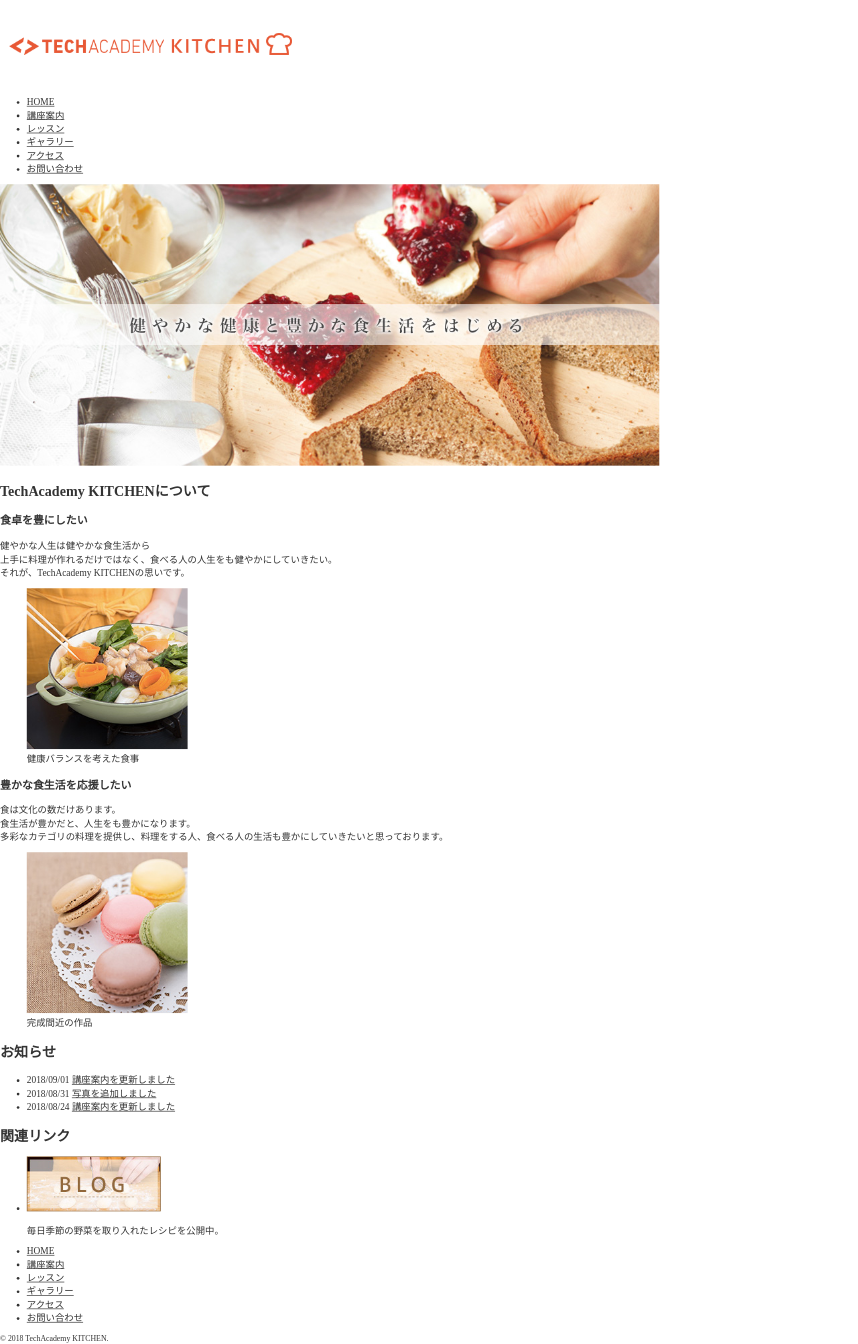
Repository: kazumasatomoto/kadai-tasklist-
Page: kitchen.html
The author's editor kept a record of every edit. The page is drawn from the files as they stood at one moment, then again after the next edit.
The browser window is 1280 px wide. The pictures show the whole page, at 67% of full size.

Above is the page before.

### kitchen.html
<!DOCTYPE html>
<html lang="ja">
    <head>
        <meta charset="UTF-8">
        <title>TechAcademy KITCHEN</title>
        <link rel="stylesheet" href="kitchen.css">
    </head>
    <body>

    <header>
        <h1><a href="kitchen.html"><img src="images_kitchen/logo.png" alt="TechAcademy KITCHEN"></a></h1>
        <nav id="global_navi">
            <ul>
                <li class="current"><a href="kitchen.html">HOME</a></li>
                <li><a href="course.html">講座案内</a></li>
                <li><a href="lesson.html">レッスン</a></li>
                <li><a href="gallery.html">ギャラリー</a></li>
                <li><a href="access.html">アクセス</a></li>
                <li><a href="contact.html">お問い合わせ</a></li>
    </header>

    <div id="main_visual">
        <img src="images_kitchen/main_visual.jpg" alt="健やかな健康と豊かな食生活をはじめる">
    </div>
    <div id="wrapper">
        <div id-"main">
        <section id="point">
            <h2>TechAcademy KITCHENについて</h2>
            <section>
                <h3>食卓を豊にしたい</h3>
                <div class="point">
                    <p>
                        健やかな人生は健やかな食生活から<br>
                        上手に料理が作れるだけではなく、食べる人の人生をも健やかにしていきたい。<br>
                        それが、TechAcademy KITCHENの思いです。
                    </p>
                    <figure>
                        <img src="images_kitchen/photo01.jpg" alt="TechAcademy KITCHENについて1">
                        <figcaption>健康バランスを考えた食事</figcaption>
                    </figure>
                </div>
            </section>
            <section>
                <h3>豊かな食生活を応援したい</h3>
                <div class="point">
                            <p>
                                食は文化の数だけあります。<br>
                                食生活が豊かだと、人生をも豊かになります。 <br>
                                多彩なカテゴリの料理を提供し、料理をする人、食べる人の生活も豊かにしていきたいと思っております。
                            </p>
                            <figure>
                                <img src="images_kitchen/photo02.jpg" alt="TechAcademy KITCHENについて2">
                                <figcaption>完成間近の作品</figcaption>
                            </figure>
                        </div>
                    </section>
                    <section id="news">
                    <h2>お知らせ</h2>
                    <ul>
                        <li>
                            <span>2018/09/01</span>
                            <a href="course.html">講座案内を更新しました</a>
                        </li>
                        <li>
                            <span>2018/08/31</span>
                            <a href="gallery.html">写真を追加しました</a>
                        </li>
                        <li>
                            <span>2018/08/24</span>
                            <a href="course.html">講座案内を更新しました</a>
                        </li>
                    </ul>
                </section>
                </div>
        </section>
        </div>

        <aside id="sidebar">
            <section id="side_banner">
                <h2>関連リンク</h2>
                    <ul>
                        <li>
                            <a href="https://techacademy.jp/magazine/" target="_blank"><img src="images_kitchen/banner01.jpg" alt="ブログ"></a>
                            <p>毎日季節の野菜を取り入れたレシピを公開中。</p>
                        </li>
                    </ul>
            </section>
        </aside>
    </div>

    <footer>
        <div id="footer_navi">
                <ul>
                    <li><a href="kitchen.html">HOME</a></li>
                    <li><a href="course.html">講座案内</a></li>
                    <li><a href="lesson.html">レッスン</a></li>
                    <li><a href="gallery.html">ギャラリー</a></li>
                    <li><a href="access.html">アクセス</a></li>
                    <li><a href="contact.html">お問い合わせ</a></li>
                </ul>
            </div>
            <small>&copy; 2018 TechAcademy KITCHEN.</small>
    </footer>

    </body>
</html>

### kitchen.css
@charset "UTF-8";

body{
    margin: 0;
    padding: 0;
    color: #333;
    font-size: 14px;
    font-family: "Hiragino Sans";
}
a{color: #333;

}
a:visited {color: #333
}
a:hover {
    color: #333;
    font-weight: 700;
    text-decoration: none;
}

After the next edit:
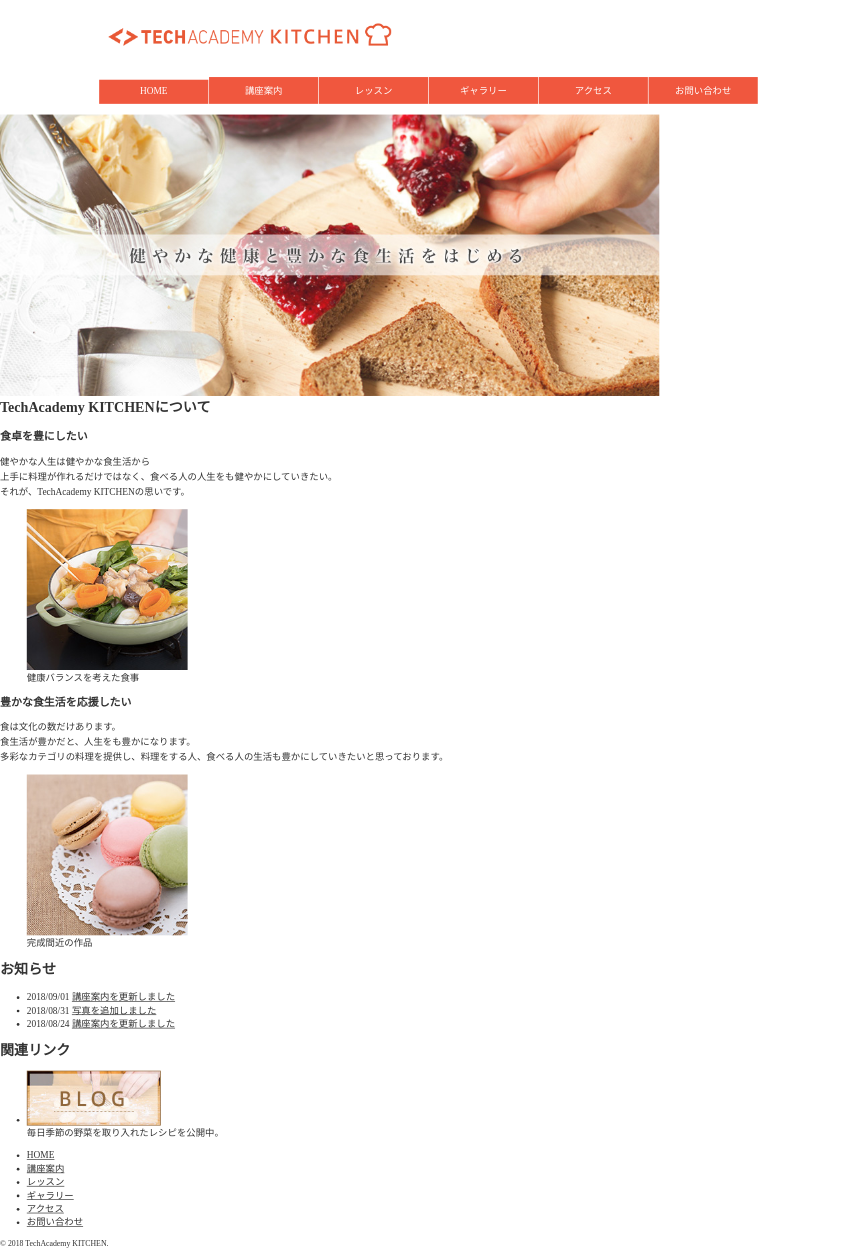
The edit:
--- a/kitchen.css
+++ b/kitchen.css
@@ -17,3 +17,66 @@ a:hover {
     font-weight: 700;
     text-decoration: none;
 }
+h1,h2,h3,h4,h5,h6 {
+    margin-top: 0;
+}
+p {
+    margin-top: 0;
+    line-height: 1.6;
+}
+img {
+    vertical-align: bottom;
+}
+#main h2 {
+    background: #fff;
+    font-size: 20px;
+    padding: 8px 22px;
+    border-radius: 2px;
+    border: 1px solid #956840;
+}
+#main h3 {
+    font-size: 16px;
+    border-left: solid 3px #fa9786;
+    padding: 4px 9px 4px 14px;
+}
+header {
+    width: 984px;
+    margin: 0 auto;
+}
+header h1 {
+    margin: 5px 0 10px;
+}
+#global_navi {
+    margin-bottom: 16px;
+}
+#global_navi ul {
+    list-style: none;
+    margin: 0;
+    padding: 0;
+}
+#global_navi ul li {
+    display: inline-block;
+    width: 164px;
+    text-align: center;
+}
+#global_navi ul li a {
+    display: block;
+    padding: 10px 16px;
+    background-color: #f0573e;
+    color: #fff;
+    text-decoration: none;
+    transition: background-color .2s linear;
+}
+#global_navi ul {
+    font-size: 0;  /* 半角スペース削除 */
+    list-style: none;
+    margin: 0;
+    padding: 0;
+}
+#global_navi ul li {
+    font-size: 14px;  /* フォントサイズ復活 */
+    display: inline-block;
+    width: 163px;
+    margin-right: 1px;
+    text-align: center;
+}
